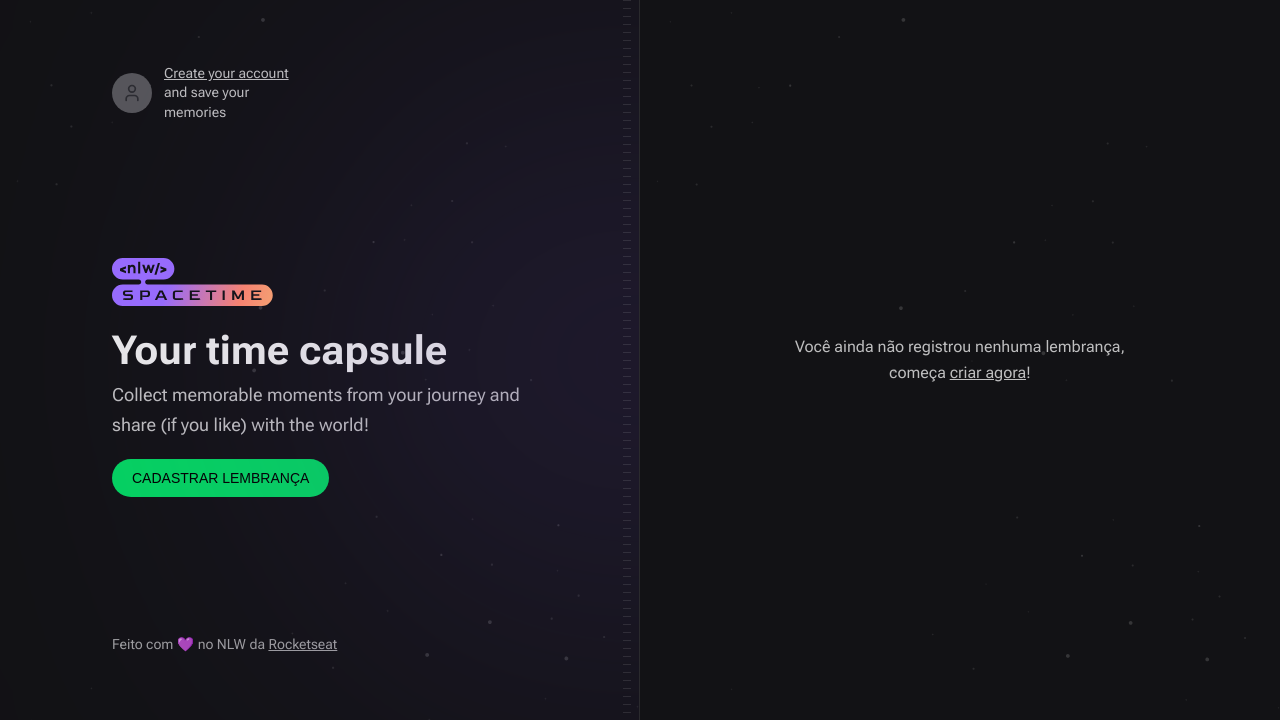
Repository: alexandrecpedro/spacetime
Page: / (app in frontend/)
An editor plug-in stored every save of this project. The page is shown before and after a run of saves, followed by the edit.
The browser window is 1280 px wide. The pictures show the whole page.
Some web fonts or font styles are not loaded; a fallback is used. The project was rebuilt for these pictures with package versions that can differ from the ones it lists, and the page was loaded fresh each time. The framework's server and built-in components were replaced by stand-ins that run in the browser. Also part of the build but not shown: frontend/next.config.js.

Above is the page before, as saved 2023-05-16 21:33:50.

After the next 2 saves:
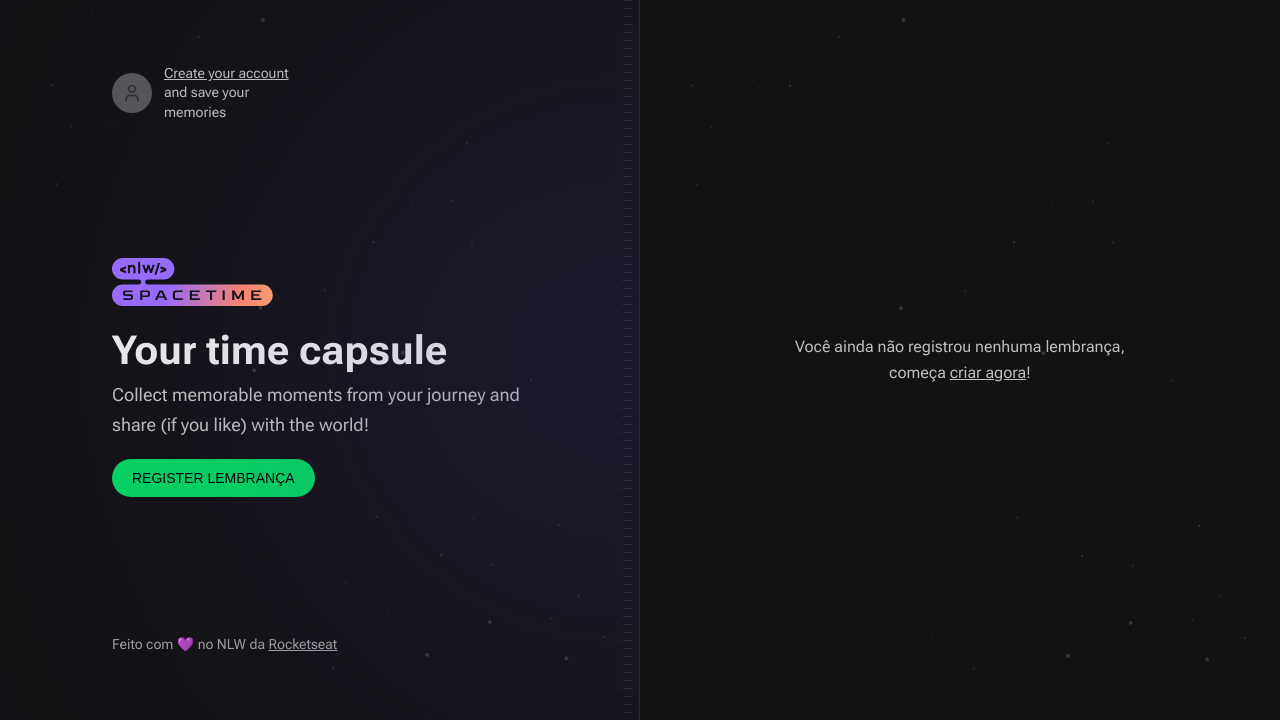
The 2 saves are shown as one change because they came seconds apart.
The last was saved 7 s later.
--- a/frontend/src/app/page.tsx
+++ b/frontend/src/app/page.tsx
@@ -47,7 +47,7 @@ export default function Home() {
             className="inline-block rounded-full bg-green-500 px-5 py-3 font-alt text-sm uppercase leading-none text-black hover:bg-green-600"
             href=""
           >
-            CADASTRAR LEMBRANÇA
+            REGISTER LEMBRANÇA
           </a>
         </div>
 
